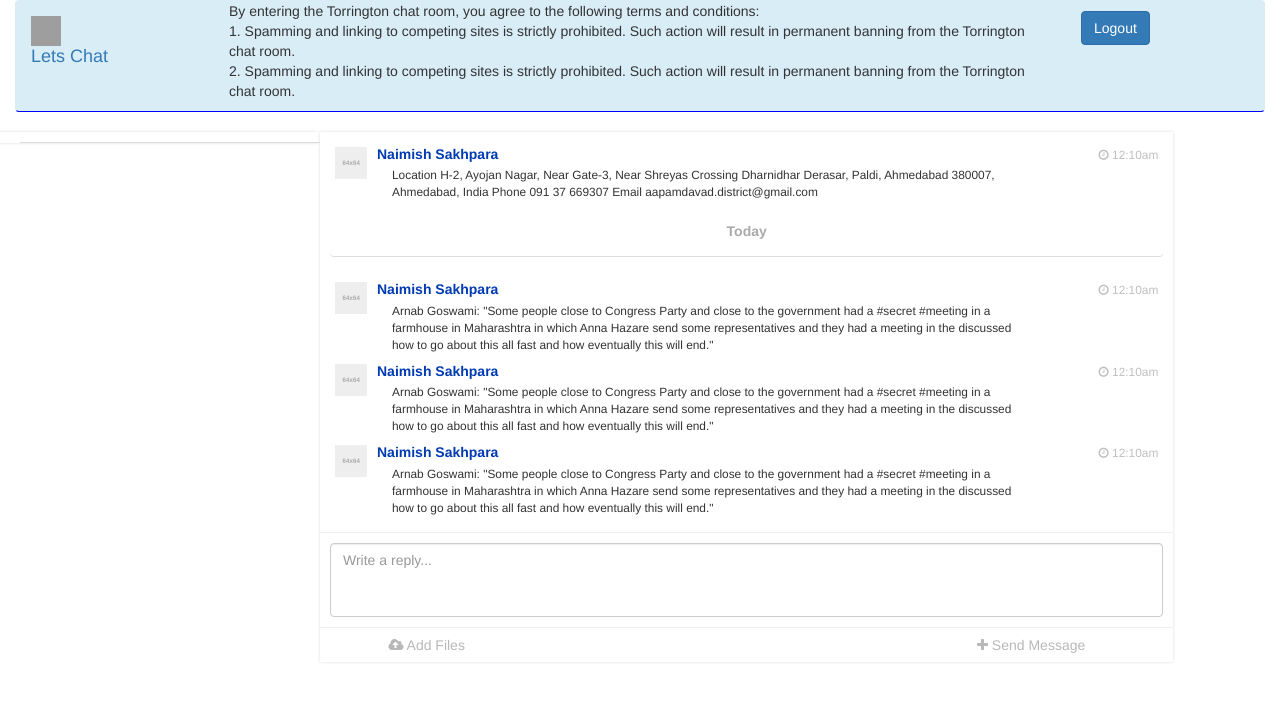
Repository: muazzamkha95/NodeChatApp
Page: chat.html
The author's editor kept a copy of each file at every save. The page is drawn from the files as they stood at one save, then again after the next save.
The browser window is 1280 px wide. The pictures show the whole page.
Pictures or frames that could not be fetched are drawn as grey boxes. Some web libraries are served in a nearby version.

Above is the page before, as saved 2020-03-24 02:25:19.
Console error (its wording comes from the project's code and is left out).

### chat.html
<!DOCTYPE html>
<html lang="en">
<head>
    <meta charset="UTF-8">
    <meta name="viewport" content="width=device-width, initial-scale=1.0">
    <title>Lets Chat</title>
    <link href="//netdna.bootstrapcdn.com/bootstrap/3.0.3/css/bootstrap.min.css" rel="stylesheet" id="bootstrap-css">
    <script src="//netdna.bootstrapcdn.com/bootstrap/3.0.3/js/bootstrap.min.js"></script>

    <!------ Include the above in your HEAD tag ---------->
    <link href="//netdna.bootstrapcdn.com/font-awesome/4.0.3/css/font-awesome.css" rel="stylesheet">
    <link href="/public/css/newChat.css" rel="stylesheet">


</head>
<body>


<div class="container-fluid">
    <nav class="navbar navbar-light  navbar-expand-lg" style="background: #d9edf7; border-bottom: 1px solid blue;">
        <div class="row">
            <div class="col-md-2">
                <a class="navbar-brand" href="#">
                    <img src="https://lh3.googleusercontent.com/proxy/_35CqQu1hqym468QzGTTNrxHJavpZIXrcwv-J6VexcNCN05GHzSAl_TgU7c-xp58QcJd8vtJyWQALNTWcnGdql86FlaBJL-1DmcCkRS1DJ8" width="30" height="30" class="d-inline-block align-top" alt="">
                    Lets Chat
                  </a>
            </div>
            <div class="col-md-8 ">
                <p style="text-align: left;">
                    By entering the Torrington chat room, you agree to the following terms and conditions:
                   <br/>
                    1. Spamming and linking to competing sites is strictly prohibited. Such action will result in permanent banning from the Torrington chat room.
                   <br/>
                   2. Spamming and linking to competing sites is strictly prohibited. Such action will result in permanent banning from the Torrington chat room.
               </p>
            </div>
            <div class="col-md-2">
                <button class="btn btn-primary" style="margin-top: 10px;">Logout</button>
            </div>
        </div>

      </nav>


    <div class="row">

        <div class="conversation-wrap col-lg-3 " style="padding-left: 20px;">

            <div class="media conversation">
                <form>

                </form>
            </div>

        </div>



        <div class="message-wrap col-lg-8">
            <div class="msg-wrap">


                <div class="media msg ">
                    <a class="pull-left" href="#">
                        <img class="media-object" data-src="holder.js/64x64" alt="64x64" style="width: 32px; height: 32px;" src="data:[embedded picture, 1006 characters]">
                    </a>
                    <div class="media-body">
                        <small class="pull-right time"><i class="fa fa-clock-o"></i> 12:10am</small>
                        <h5 class="media-heading">Naimish Sakhpara</h5>
                        <small class="col-lg-10">Location H-2, Ayojan Nagar, Near Gate-3, Near
                            Shreyas Crossing Dharnidhar Derasar,
                            Paldi, Ahmedabad 380007, Ahmedabad,
                            India
                            Phone 091 37 669307
                            Email aapamdavad.district@gmail.com</small>
                    </div>
                </div>
                <div class="alert alert-info msg-date">
                    <strong>Today</strong>
                </div>
                <div class="media msg">
                    <a class="pull-left" href="#">
                        <img class="media-object" data-src="holder.js/64x64" alt="64x64" style="width: 32px; height: 32px;" src="data:[embedded picture, 1006 characters]">
                    </a>
                    <div class="media-body">
                        <small class="pull-right time"><i class="fa fa-clock-o"></i> 12:10am</small>

                        <h5 class="media-heading">Naimish Sakhpara</h5>
                        <small class="col-lg-10">Arnab Goswami: "Some people close to Congress Party and close to the government had a #secret #meeting in a farmhouse in Maharashtra in which Anna Hazare send some representatives and they had a meeting in the discussed how to go about this all fast and how eventually this will end."</small>
                    </div>
                </div>
                <div class="media msg">
                    <a class="pull-left" href="#">
                        <img class="media-object" data-src="holder.js/64x64" alt="64x64" style="width: 32px; height: 32px;" src="data:[embedded picture, 1006 characters]">
                    </a>
                    <div class="media-body">
                        <small class="pull-right time"><i class="fa fa-clock-o"></i> 12:10am</small>

                        <h5 class="media-heading">Naimish Sakhpara</h5>
                        <small class="col-lg-10">Arnab Goswami: "Some people close to Congress Party and close to the government had a #secret #meeting in a farmhouse in Maharashtra in which Anna Hazare send some representatives and they had a meeting in the discussed how to go about this all fast and how eventually this will end."</small>
                    </div>
                </div>

                <div class="media msg">
                    <a class="pull-left" href="#">
                        <img class="media-object" data-src="holder.js/64x64" alt="64x64" style="width: 32px; height: 32px;" src="data:[embedded picture, 1006 characters]">
                    </a>
                    <div class="media-body">
                        <small class="pull-right time"><i class="fa fa-clock-o"></i> 12:10am</small>
                        <h5 class="media-heading">Naimish Sakhpara</h5>

                        <small class="col-lg-10">Arnab Goswami: "Some people close to Congress Party and close to the government had a #secret #meeting in a farmhouse in Maharashtra in which Anna Hazare send some representatives and they had a meeting in the discussed how to go about this all fast and how eventually this will end."</small>
                    </div>
                </div>

            </div>

            <div class="send-wrap ">

                <textarea class="form-control send-message" rows="3" placeholder="Write a reply..."></textarea>


            </div>
            <div class="btn-panel">
                <a href="" class=" col-lg-3 btn   send-message-btn " role="button"><i class="fa fa-cloud-upload"></i> Add Files</a>
                <a href="" class=" col-lg-4 text-right btn   send-message-btn pull-right" role="button"><i class="fa fa-plus"></i> Send Message</a>
            </div>
        </div>
    </div>
</div>
</body>
<script src="//code.jquery.com/jquery-1.11.1.min.js"></script>
</html>

### public/css/newChat.css
.conversation-wrap
{
    box-shadow: -2px 0 3px #ddd;
    padding:0;
    max-height: 400px;
    overflow: auto;
}
.conversation
{
    padding:5px;
    border-bottom:1px solid #ddd;
    margin:0;

}

.message-wrap
{
    box-shadow: 0 0 3px #ddd;
    padding:0;

}
.msg
{
    padding:5px;
    /*border-bottom:1px solid #ddd;*/
    margin:0;
}
.msg-wrap
{
    padding:10px;
    max-height: 400px;
    overflow: auto;

}

.time
{
    color:#bfbfbf;
}

.send-wrap
{
    border-top: 1px solid #eee;
    border-bottom: 1px solid #eee;
    padding:10px;
    /*background: #f8f8f8;*/
}

.send-message
{
    resize: none;
}

.highlight
{
    background-color: #f7f7f9;
    border: 1px solid #e1e1e8;
}

.send-message-btn
{
    border-top-left-radius: 0;
    border-top-right-radius: 0;
    border-bottom-left-radius: 0;

    border-bottom-right-radius: 0;
}
.btn-panel
{
    background: #f7f7f9;
}

.btn-panel .btn
{
    color:#b8b8b8;

    transition: 0.2s all ease-in-out;
}

.btn-panel .btn:hover
{
    color:#666;
    background: #f8f8f8;
}
.btn-panel .btn:active
{
    background: #f8f8f8;
    box-shadow: 0 0 1px #ddd;
}

.btn-panel-conversation .btn,.btn-panel-msg .btn
{

    background: #f8f8f8;
}
.btn-panel-conversation .btn:first-child
{
    border-right: 1px solid #ddd;
}

.msg-wrap .media-heading
{
    color:#003bb3;
    font-weight: 700;
}


.msg-date
{
    background: none;
    text-align: center;
    color:#aaa;
    border:none;
    box-shadow: none;
    border-bottom: 1px solid #ddd;
}


body::-webkit-scrollbar {
    width: 12px;
}


/* Let's get this party started */
::-webkit-scrollbar {
    width: 6px;
}

/* Track */
::-webkit-scrollbar-track {
    -webkit-box-shadow: inset 0 0 6px rgba(0,0,0,0.3);
/*        -webkit-border-radius: 10px;
    border-radius: 10px;*/
}

/* Handle */
::-webkit-scrollbar-thumb {
/*        -webkit-border-radius: 10px;
    border-radius: 10px;*/
    background:#ddd;
    -webkit-box-shadow: inset 0 0 6px rgba(0,0,0,0.5);
}
::-webkit-scrollbar-thumb:window-inactive {
    background: #ddd;
}

After the next save:
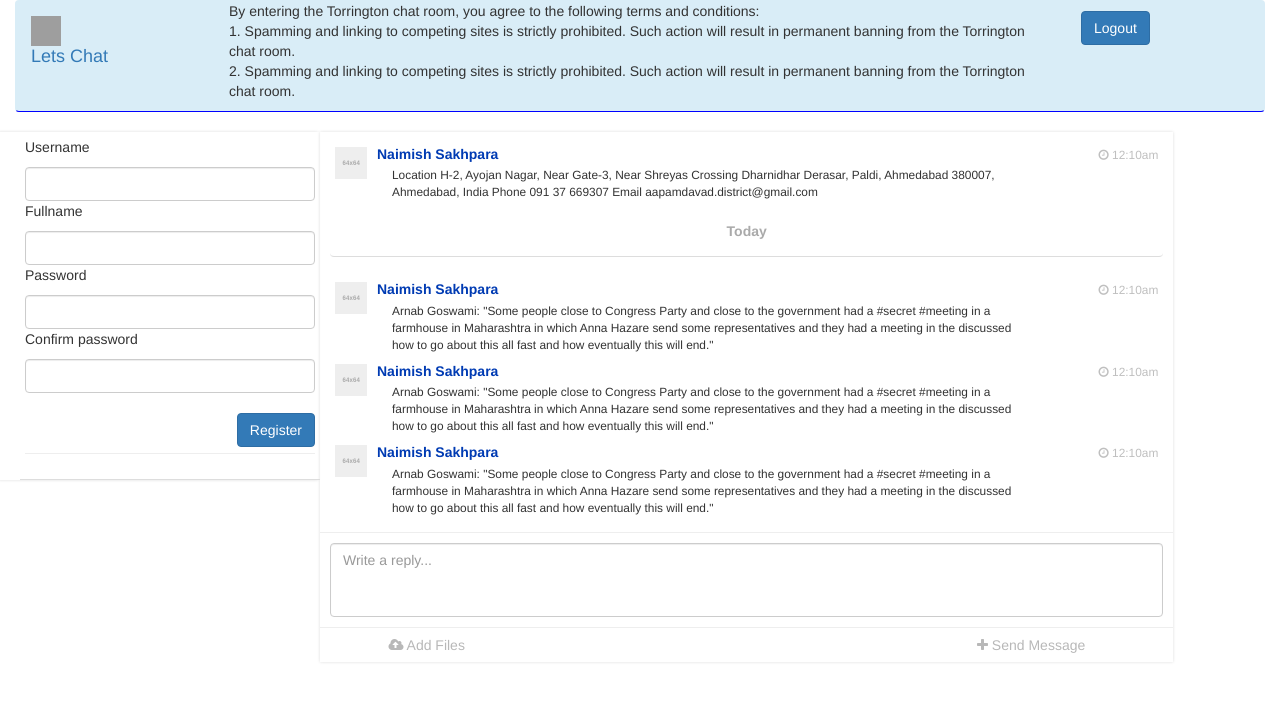
Saved 69 s later.
--- a/chat.html
+++ b/chat.html
@@ -47,9 +47,7 @@
         <div class="conversation-wrap col-lg-3 " style="padding-left: 20px;">
 
             <div class="media conversation">
-                <form>
-
-                </form>
+                <form method="post" action="/register"><p class="lable">Username </p><input class="form-control" type="text" name="username"><p class="lable">Fullname      </p><input class="form-control" type="text" name="fullname"><p class="lable">Password </p><input class="form-control" type="password" name="password"><p class="lable">Confirm password </p><input class="form-control" type="password" name="confirm-password"><br><input class="btn btn-primary pull-right" type="submit" value="Register"><br><hr></form>
             </div>
 
         </div>
